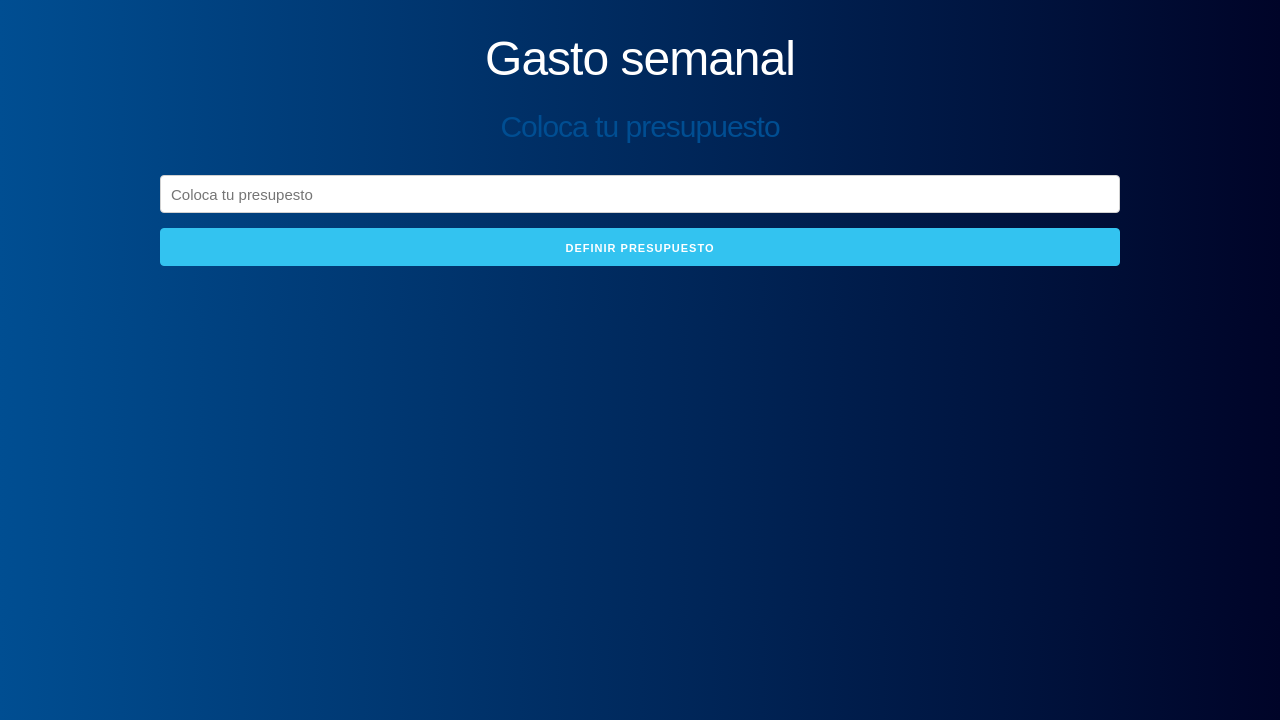
Repository: leonmezu1/presupuesto
Page: /
An editor plug-in stored every save of this project. The page is shown before and after the next save, followed by the edit.
The browser window is 1280 px wide. The pictures show the whole page.
The project was rebuilt for these pictures with package versions that can differ from the ones it lists, and the page was loaded fresh each time.

Above is the page before, as saved 2020-10-07 10:52:52.

After the next save:
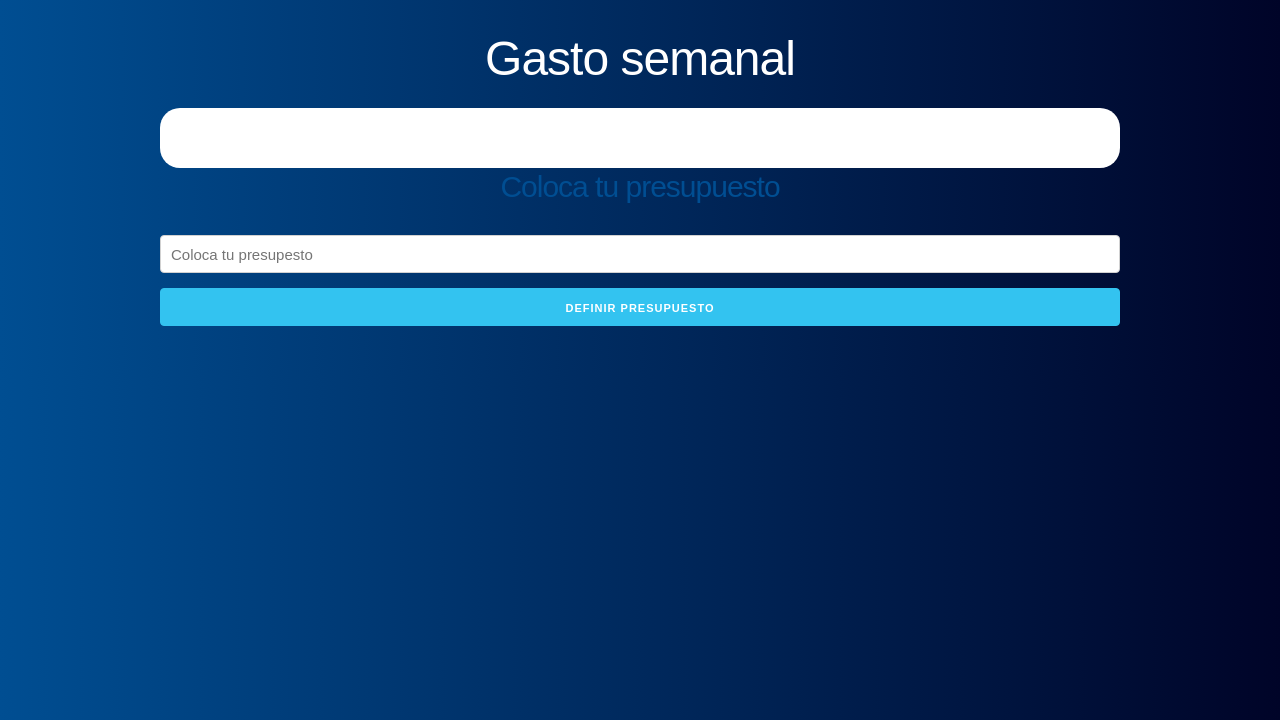
Saved 44 s later.
--- a/src/App.js
+++ b/src/App.js
@@ -6,6 +6,9 @@ function App() {
     <div className="container">
       <header>
         <h1>Gasto semanal</h1>
+        <div className="contenido-principal">
+
+        </div>
         <Pregunta />
       </header>
     </div>
